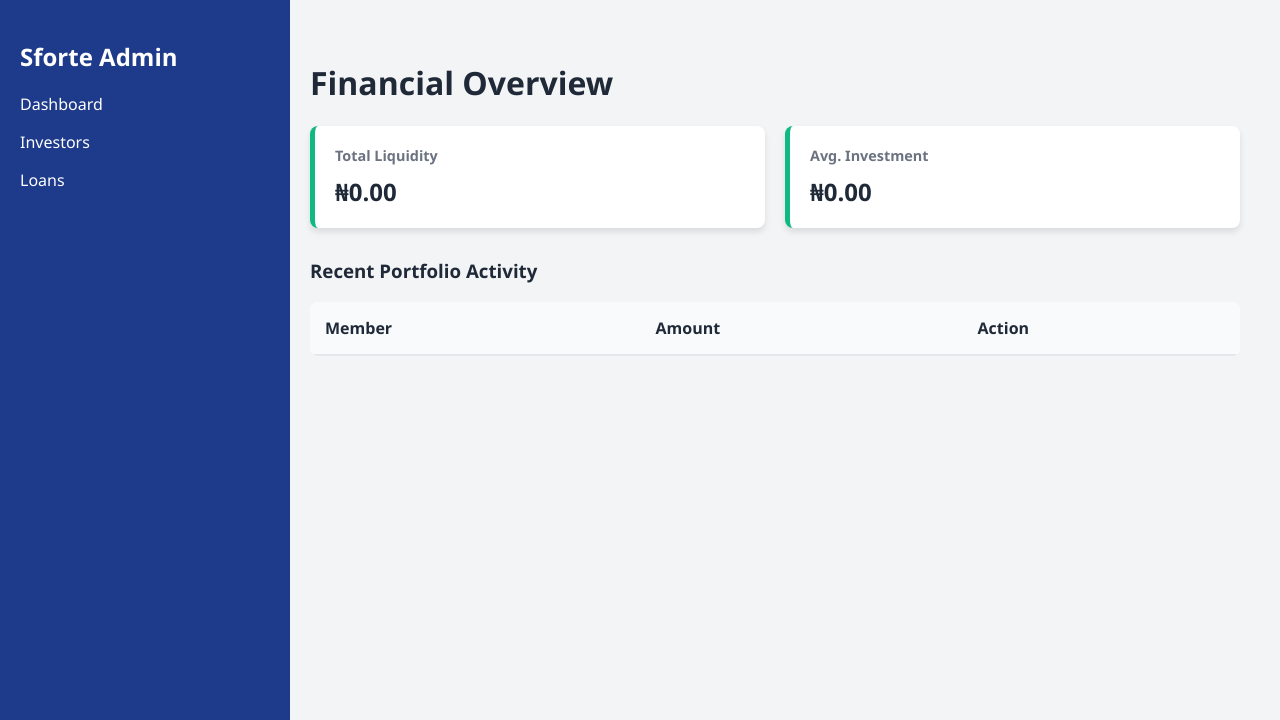
Repository: emmanuel2011-program/sql-relational-database-practice
Page: public/index.html
These files come from the project's save history. The page is drawn as it stood at one moment and after the next save; the edit follows.
The browser window is 1280 px wide. The pictures show the whole page.
The page's requests for data from a server got no answer.

Above is the page before, as saved 2026-03-27 12:49:11.

### public/index.html
<!DOCTYPE html>
<html lang="en">
<head>
    <meta charset="UTF-8">
    <title>Sforte Microfinance Admin</title>
    <link rel="stylesheet" href="style.css"> </head>
<body>
    <div class="sidebar">
        <h2>Sforte Admin</h2>
        <nav>
            <p>Dashboard</p>
            <p>Investors</p>
            <p>Loans</p>
        </nav>
    </div>

    <div class="main-content">
        <h1>Financial Overview</h1>

        <div class="stats-grid">
            <div class="card">
                <h3>Total Liquidity</h3>
                <p id="total-funds">₦0.00</p>
            </div>
            <div class="card">
                <h3>Avg. Investment</h3>
                <p id="avg-funds">₦0.00</p>
            </div>
        </div>

        <div class="table-container">
            <h3>Recent Portfolio Activity</h3>
            <table>
                <thead>
                    <tr>
                        <th>Member</th>
                        <th>Amount</th>
                        <th>Action</th>
                    </tr>
                </thead>
                <tbody id="investor-table-body">
                    </tbody>
            </table>
        </div>
    </div>

    <script src="script.js"></script>
</body>
</html>

### public/style.css
:root {
  --primary-blue: #1e3a8a;    /* Professional Banking Blue */
  --secondary-green: #10b981; /* Success/Money Green */
  --bg-gray: #f3f4f6;
  --text-dark: #1f2937;
  --white: #ffffff;
}

body {
  font-family: 'Segoe UI', Tahoma, Geneva, Verdana, sans-serif;
  background-color: var(--bg-gray);
  color: var(--text-dark);
  margin: 0;
  display: flex;
}

/* Sidebar Navigation */
.sidebar {
  width: 250px;
  background-color: var(--primary-blue);
  color: white;
  height: 100vh;
  padding: 20px;
  position: fixed;
}

/* Main Dashboard Area */
.main-content {
  margin-left: 270px;
  padding: 40px;
  width: 100%;
}

/* Statistics Cards (For your AGGREGATE requirement) */
.stats-grid {
  display: grid;
  grid-template-columns: repeat(auto-fit, minmax(200px, 1fr));
  gap: 20px;
  margin-bottom: 30px;
}

.card {
  background: var(--white);
  padding: 20px;
  border-radius: 8px;
  box-shadow: 0 4px 6px rgba(0,0,0,0.1);
  border-left: 5px solid var(--secondary-green);
}

.card h3 {
  margin: 0;
  font-size: 0.9rem;
  color: #6b7280;
}

.card p {
  font-size: 1.5rem;
  font-weight: bold;
  margin: 10px 0 0 0;
}

/* Table Styles (For your JOIN/Retrieve requirement) */
table {
  width: 100%;
  background: white;
  border-collapse: collapse;
  border-radius: 8px;
  overflow: hidden;
}

th {
  background-color: #f9fafb;
  padding: 15px;
  text-align: left;
  border-bottom: 2px solid #e5e7eb;
}

td {
  padding: 15px;
  border-bottom: 1px solid #e5e7eb;
}

/* Buttons for DELETE/MODIFY */
.btn-delete {
  background-color: #ef4444;
  color: white;
  border: none;
  padding: 8px 12px;
  border-radius: 4px;
  cursor: pointer;
}

.btn-delete:hover { background-color: #dc2626; }

### public/script.js
// Example: How your software "submits" and "receives" results
async function getStats() {
  const response = await fetch('http://localhost:3000/api/stats');
  const data = await response.json();

  // Using the results in the software
  document.getElementById('total-display').innerText = `Total: ${data.total}`;
}

async function deleteUser(userId) {
  await fetch(`http://localhost:3000/api/members/${userId}`, {
    method: 'DELETE'
  });
  alert('Member removed from database');
}
// Function to fetch and display the SQL JOIN results
async function loadDashboard() {
    try {
        // 1. Fetching data from the server (which builds the SQL)
        const response = await fetch('/api/investments');
        const data = await response.json();

        // 2. Receiving the results and using them in the software
        const tableBody = document.getElementById('investor-table-body');
        tableBody.innerHTML = ''; // Clear old data

        data.forEach(item => {
            const row = `
                <tr>
                    <td>${item.first_name} ${item.surname}</td>
                    <td>₦${Number(item.amount).toLocaleString()}</td>
                    <td><button class="btn-delete" onclick="removeMember('${item.id}')">Delete</button></td>
                </tr>
            `;
            tableBody.innerHTML += row;
        });

    } catch (error) {
        console.error('Error loading database results:', error);
    }
}

// Function to demonstrate the DELETE requirement
async function removeMember(id) {
    if (confirm('Are you sure you want to delete this record?')) {
        await fetch(`/api/members/${id}`, { method: 'DELETE' });
        loadDashboard(); // Refresh the table
    }
}

// Run the function when the page loads
loadDashboard();

After the next save:
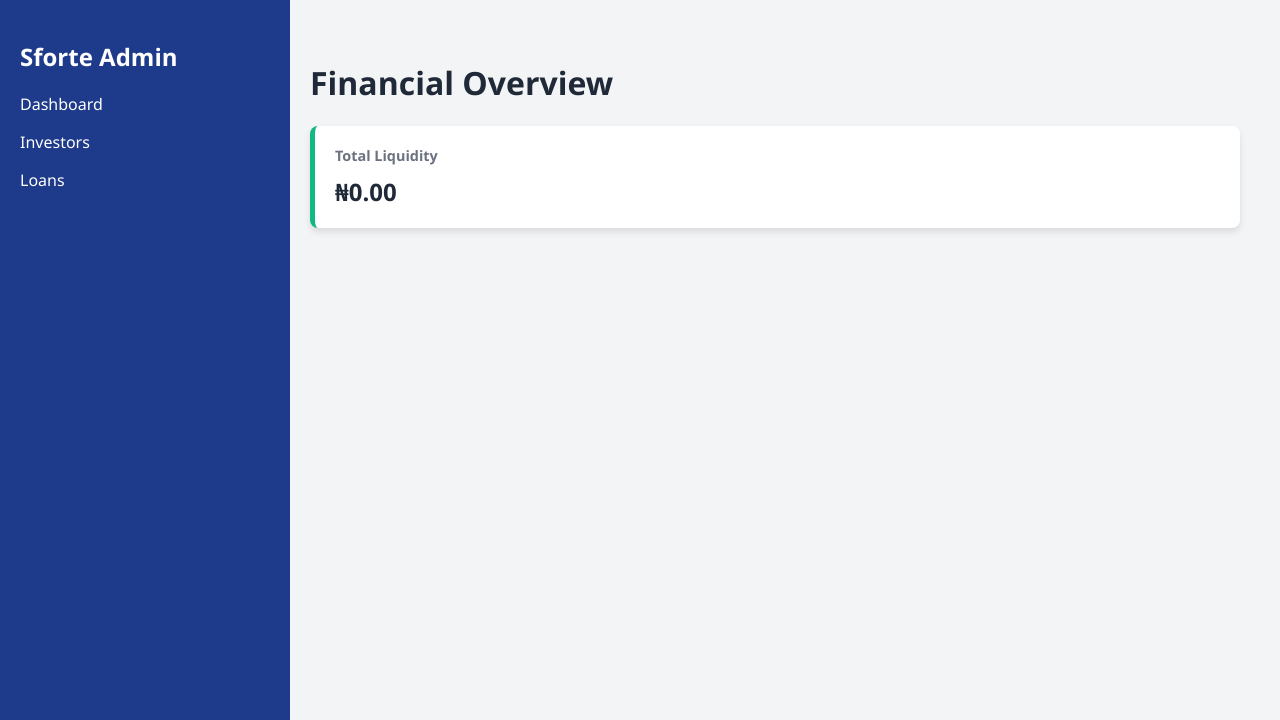
Saved 3 min 21 s later.
--- a/public/index.html
+++ b/public/index.html
@@ -6,43 +6,40 @@
     <link rel="stylesheet" href="style.css"> </head>
 <body>
     <div class="sidebar">
-        <h2>Sforte Admin</h2>
-        <nav>
-            <p>Dashboard</p>
-            <p>Investors</p>
-            <p>Loans</p>
-        </nav>
-    </div>
+    <h2>Sforte Admin</h2>
+    <nav>
+        <p onclick="showPage('dashboard-section')">Dashboard</p>
+        <p onclick="showPage('investors-section')">Investors</p>
+        <p onclick="showPage('loans-section')">Loans</p>
+    </nav>
+</div>
 
-    <div class="main-content">
+<div class="main-content">
+    <div id="dashboard-section" class="page-section">
         <h1>Financial Overview</h1>
-
         <div class="stats-grid">
             <div class="card">
                 <h3>Total Liquidity</h3>
                 <p id="total-funds">₦0.00</p>
             </div>
-            <div class="card">
-                <h3>Avg. Investment</h3>
-                <p id="avg-funds">₦0.00</p>
             </div>
+    </div>
+
+    <div id="investors-section" class="page-section" style="display:none;">
+        <h1>Investor Management</h1>
+        <table>
+            <thead>
+                <tr><th>Member</th><th>Amount</th><th>Status</th></tr>
+            </thead>
+            <tbody id="investor-table-body"></tbody>
+        </table>
+    </div>
+
+    <div id="loans-section" class="page-section" style="display:none;">
+        <h1>Loan Applications</h1>
+        <p>Loan tracking and approval database results will appear here.</p>
         </div>
-
-        <div class="table-container">
-            <h3>Recent Portfolio Activity</h3>
-            <table>
-                <thead>
-                    <tr>
-                        <th>Member</th>
-                        <th>Amount</th>
-                        <th>Action</th>
-                    </tr>
-                </thead>
-                <tbody id="investor-table-body">
-                    </tbody>
-            </table>
-        </div>
-    </div>
+</div>
 
     <script src="script.js"></script>
 </body>

After the save that followed:
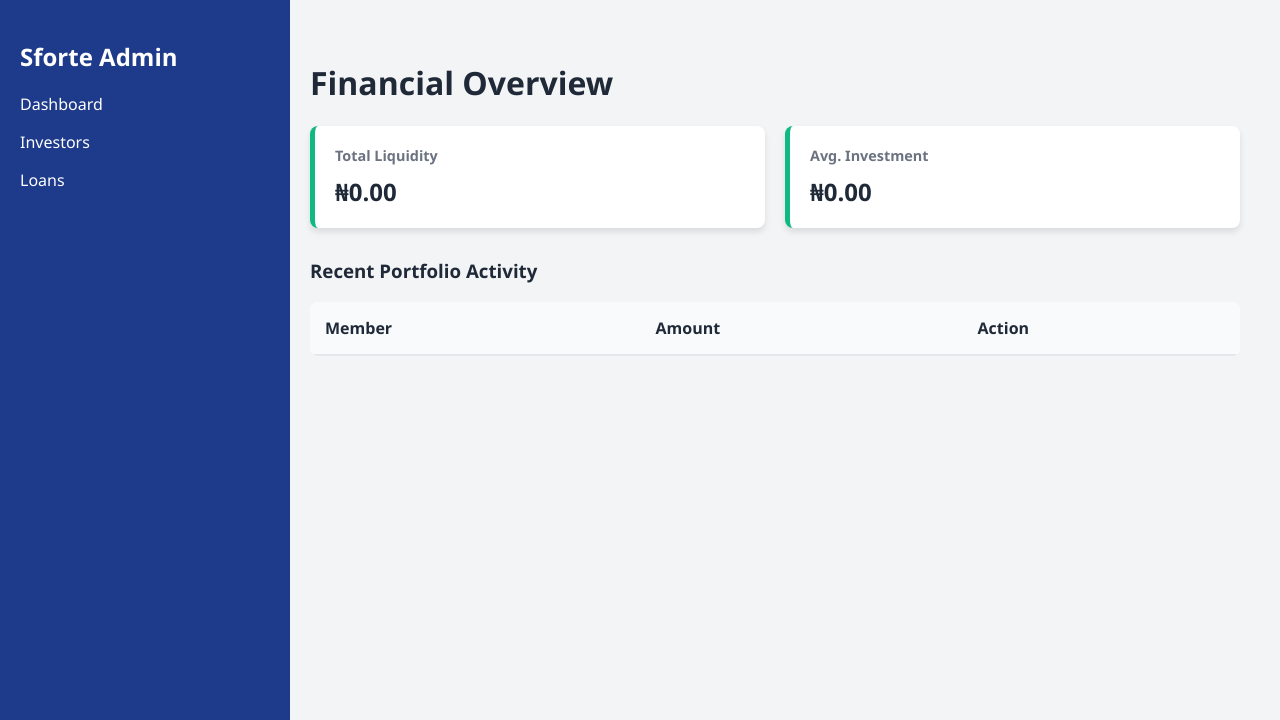
Saved 23 s later.
--- a/public/index.html
+++ b/public/index.html
@@ -6,40 +6,43 @@
     <link rel="stylesheet" href="style.css"> </head>
 <body>
     <div class="sidebar">
-    <h2>Sforte Admin</h2>
-    <nav>
-        <p onclick="showPage('dashboard-section')">Dashboard</p>
-        <p onclick="showPage('investors-section')">Investors</p>
-        <p onclick="showPage('loans-section')">Loans</p>
-    </nav>
-</div>
+        <h2>Sforte Admin</h2>
+        <nav>
+            <p>Dashboard</p>
+            <p>Investors</p>
+            <p>Loans</p>
+        </nav>
+    </div>
 
-<div class="main-content">
-    <div id="dashboard-section" class="page-section">
+    <div class="main-content">
         <h1>Financial Overview</h1>
+
         <div class="stats-grid">
             <div class="card">
                 <h3>Total Liquidity</h3>
                 <p id="total-funds">₦0.00</p>
             </div>
+            <div class="card">
+                <h3>Avg. Investment</h3>
+                <p id="avg-funds">₦0.00</p>
             </div>
+        </div>
+
+        <div class="table-container">
+            <h3>Recent Portfolio Activity</h3>
+            <table>
+                <thead>
+                    <tr>
+                        <th>Member</th>
+                        <th>Amount</th>
+                        <th>Action</th>
+                    </tr>
+                </thead>
+                <tbody id="investor-table-body">
+                    </tbody>
+            </table>
+        </div>
     </div>
-
-    <div id="investors-section" class="page-section" style="display:none;">
-        <h1>Investor Management</h1>
-        <table>
-            <thead>
-                <tr><th>Member</th><th>Amount</th><th>Status</th></tr>
-            </thead>
-            <tbody id="investor-table-body"></tbody>
-        </table>
-    </div>
-
-    <div id="loans-section" class="page-section" style="display:none;">
-        <h1>Loan Applications</h1>
-        <p>Loan tracking and approval database results will appear here.</p>
-        </div>
-</div>
 
     <script src="script.js"></script>
 </body>
